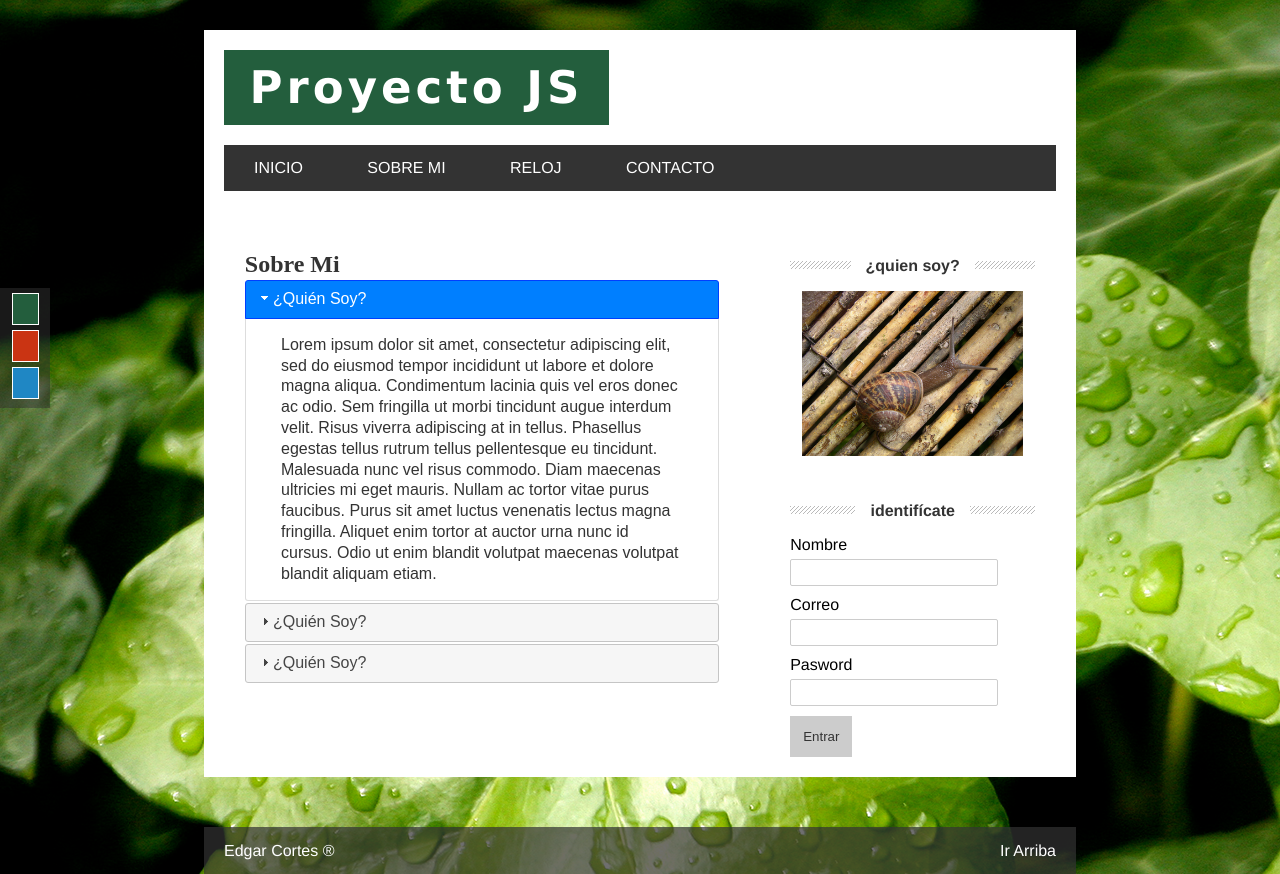
Repository: eucortes/demopage
Page: javascript/Proyecto/About.html
These files come from the project's save history. The page is drawn as it stood at one moment and after the next save; the edit follows.
The browser window is 1280 px wide. The pictures show the whole page.
Backgrounds fixed to the window are drawn as part of the page. Some web libraries are served in a nearby version.

Above is the page before, as saved 2019-09-24 18:42:25.

After the next save:
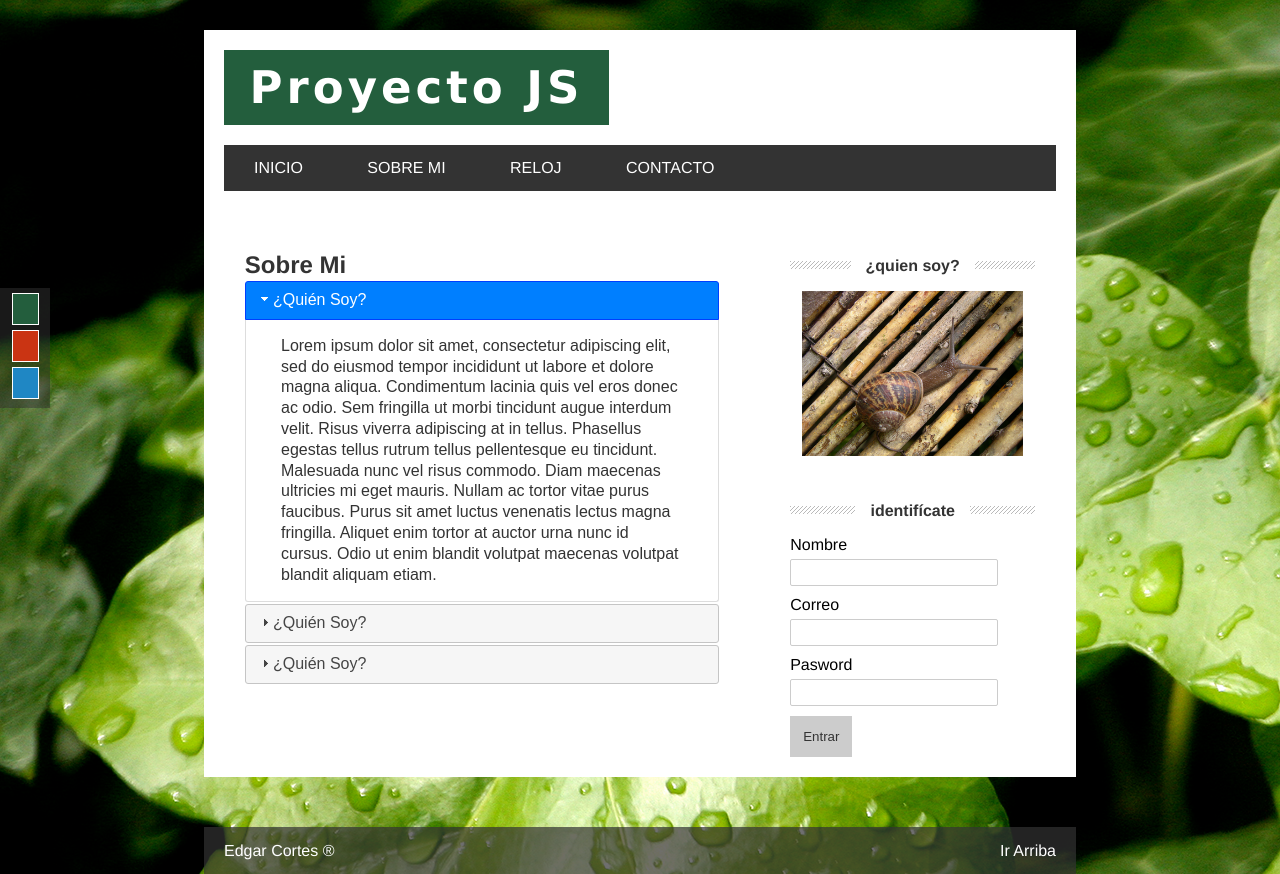
Saved 35 s later.
--- a/javascript/Proyecto/css/styles.css
+++ b/javascript/Proyecto/css/styles.css
@@ -21,6 +21,8 @@
 h2{
     font-size: 30;
     color: #333;
+        font-family: Helvetica, Arial, sans-serif
+
 }
 #logo {
     font-family: "Verdana", "Arial";
